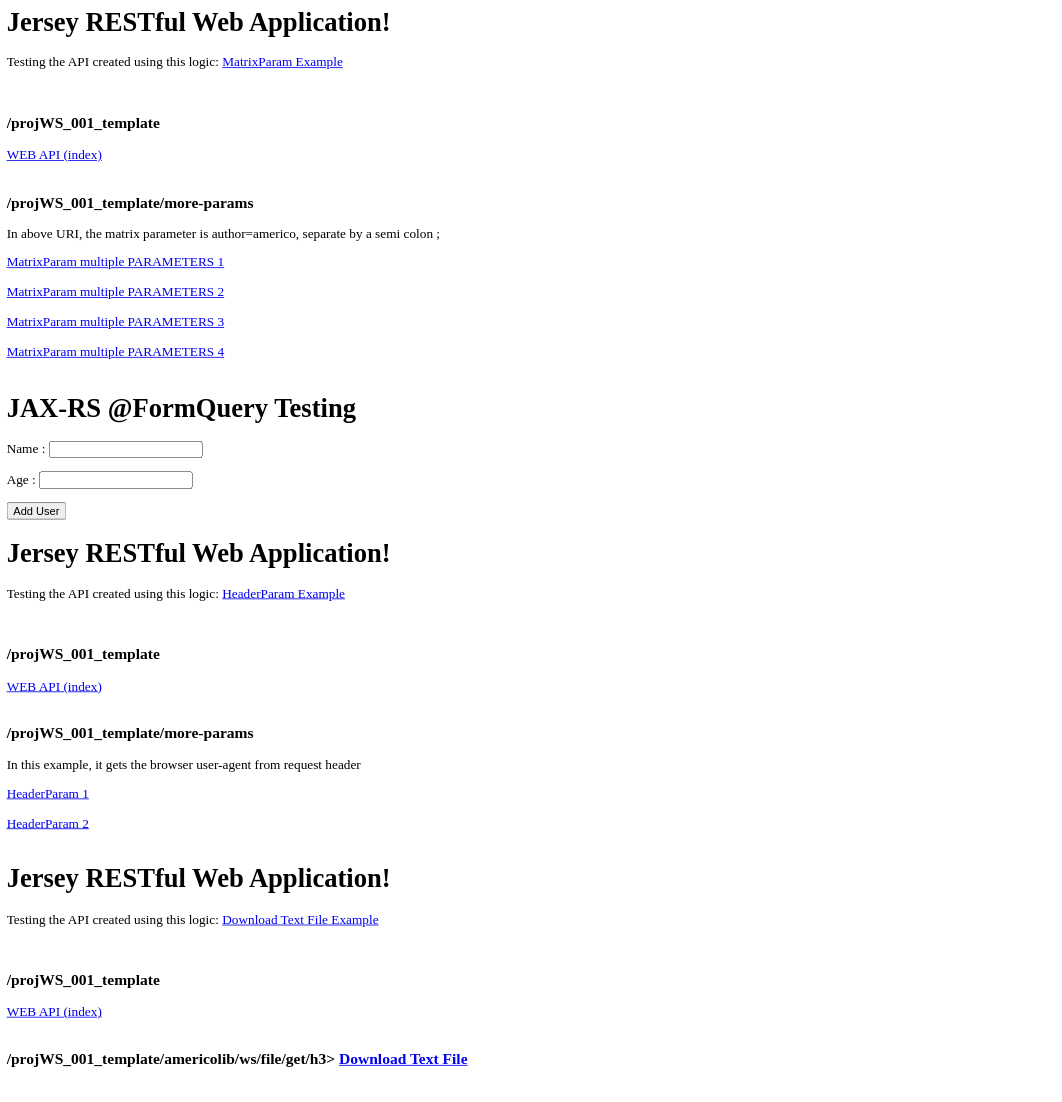
Repository: atafs/BackEnd_JAX-RS_REST_2continue
Page: http://localhost/projWS_001_template/
These files come from the project's save history. The page is drawn as it stood at one moment and after the next save; the edit follows.
The browser window is 1280 px wide. The pictures show the whole page, at 83% of full size.
The page is served by Tomcat 9. Other server files are loaded and not shown.

Above is the page before, as saved 2016-05-02 17:00:43.

### projWS_001_template/src/main/webapp/index.jsp
<html>
<body>
	<!-- JAX-RS @MatrixParam example ######################################## -->
    <!-- TITLE -->
	<h1>Jersey RESTful Web Application!</h1>

	<!-- TXT -->
	<p>Testing the API created using this logic:
		<a href="http://www.mkyong.com/webservices/jax-rs/jax-rs-matrixparam-example/">MatrixParam Example</a>
	</p><br/>

	<!-- LINKS -->
	<h3>/projWS_001_template</h3>
	<a href="http://localhost:8085/projWS_001_template/">WEB API (index)</a><br/><br/>

	<h3>/projWS_001_template/more-params</h3>
	<p>In above URI, the matrix parameter is author=americo, separate by a semi colon ;</p>
	<a href="http://localhost:8085/projWS_001_template/americolib/ws/2011/">MatrixParam multiple PARAMETERS 1</a><br/><br/>
	<a href="http://localhost:8085/projWS_001_template/americolib/ws/2011;author=americo">MatrixParam multiple PARAMETERS 2</a><br/><br/>
	<a href="http://localhost:8085/projWS_001_template/americolib/ws/2011;author=tomas;country=portugal">MatrixParam multiple PARAMETERS 3</a><br/><br/>
	<a href="http://localhost:8085/projWS_001_template/americolib/ws/2011;country=malaysia;author=ana">MatrixParam multiple PARAMETERS 4</a><br/><br/>

    <!-- JAX-RS @FormParam example ######################################## -->
    <!-- FORM: binding between html and java classes -->
    <h1>JAX-RS @FormQuery Testing</h1>

	<form action="americolib/ws/add" method="post">
		<p>
			Name : <input type="text" name="name" />
		</p>
		<p>
			Age : <input type="text" name="age" />
		</p>
		<input type="submit" value="Add User" />
	</form>

    <!-- Get HTTP header in JAX-RS ######################################## -->
    <!-- TITLE -->
	<h1>Jersey RESTful Web Application!</h1>

	<!-- TXT -->
	<p>Testing the API created using this logic:
		<a href="http://www.mkyong.com/webservices/jax-rs/get-http-header-in-jax-rs/">HeaderParam  Example</a>
	</p><br/>

	<!-- LINKS -->
	<h3>/projWS_001_template</h3>
	<a href="http://localhost:8085/projWS_001_template/">WEB API (index)</a><br/><br/>

	<h3>/projWS_001_template/more-params</h3>
	<p>In this example, it gets the browser user-agent from request header</p>
	<a href="http://localhost:8085/projWS_001_template/americolib/ws/get1/">HeaderParam 1</a><br/><br/>
	<a href="http://localhost:8085/projWS_001_template/americolib/ws/get2/">HeaderParam 2</a><br/><br/>

  	<!-- Download text file from JAX-RS ######################################## -->
    <!-- TITLE -->
	<h1>Jersey RESTful Web Application!</h1>

	<!-- TXT -->
	<p>Testing the API created using this logic:
		<a href="http://www.mkyong.com/webservices/jax-rs/download-text-file-from-jax-rs/">Download Text File Example</a>
	</p><br/>

	<!-- LINKS -->
	<h3>/projWS_001_template</h3>
	<a href="http://localhost:8085/projWS_001_template/">WEB API (index)</a><br/><br/>

	<h3>/projWS_001_template/americolib/ws/file/get/h3>
	<a href="http://localhost:8085/projWS_001_template/americolib/ws/file/get">Download Text File</a><br/><br/>



</body>
</html>

After the next save:
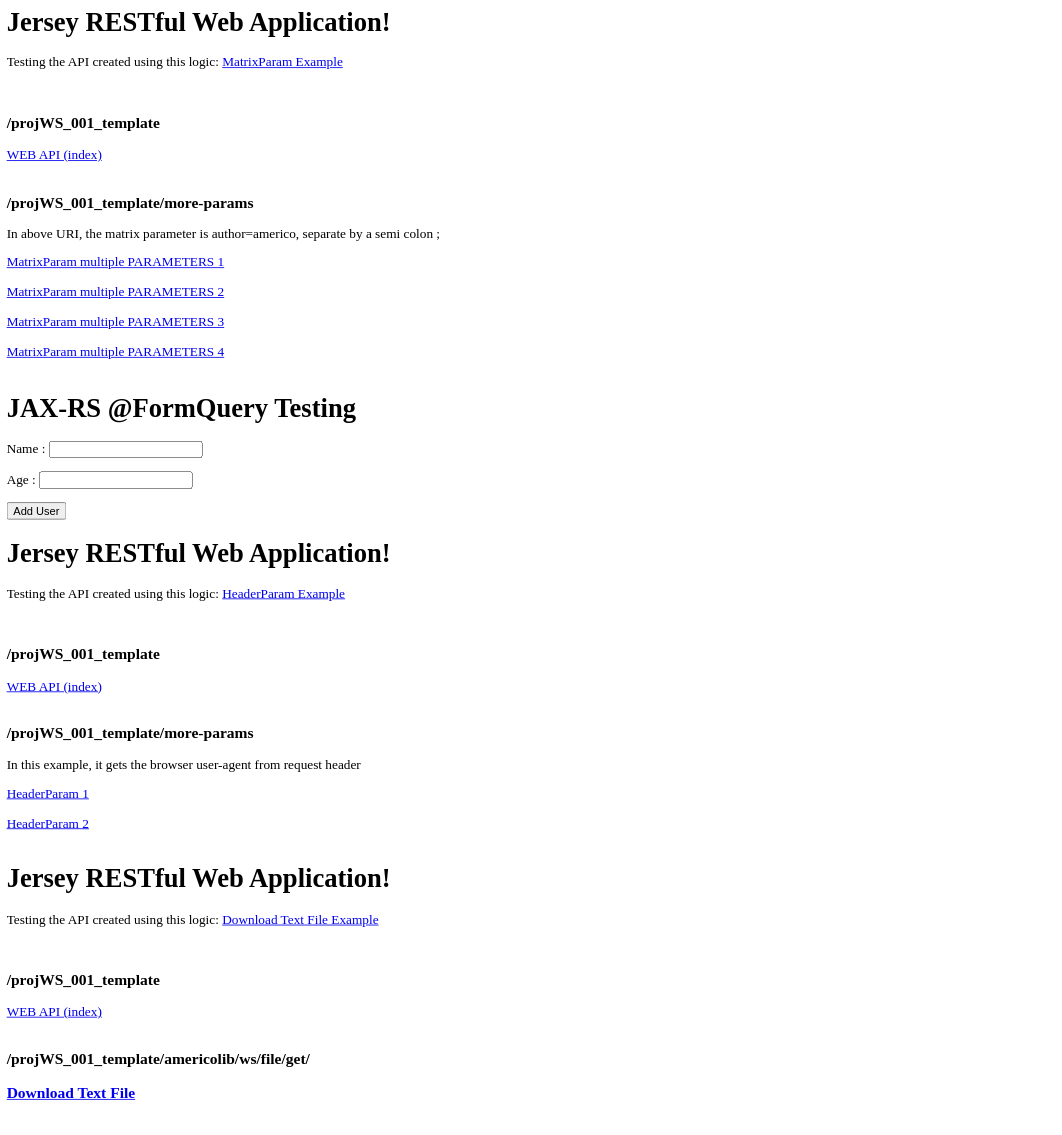
Saved 23 s later.
--- a/projWS_001_template/src/main/webapp/index.jsp
+++ b/projWS_001_template/src/main/webapp/index.jsp
@@ -65,7 +65,7 @@
 	<h3>/projWS_001_template</h3>
 	<a href="http://localhost:8085/projWS_001_template/">WEB API (index)</a><br/><br/>
 
-	<h3>/projWS_001_template/americolib/ws/file/get/h3>
+	<h3>/projWS_001_template/americolib/ws/file/get/<h3>
 	<a href="http://localhost:8085/projWS_001_template/americolib/ws/file/get">Download Text File</a><br/><br/>
 
 
